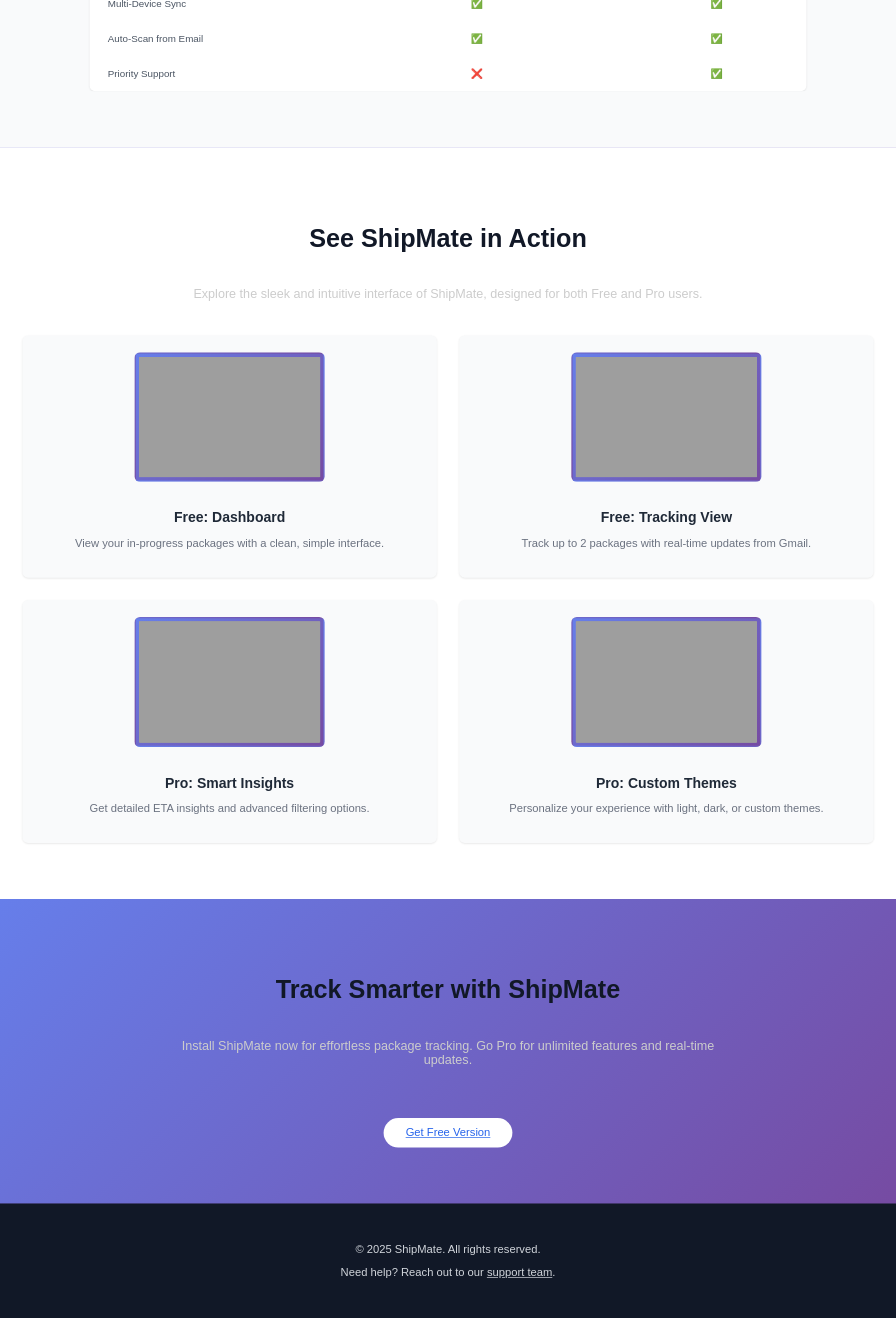
Repository: epeguero8311/shipmate-website
Page: index.html
The author's editor kept a copy of each file at every save. The page is drawn from the files as they stood at one save, then again after the next save.
The browser window is 1280 px wide. The pictures show the part of the page from y = 1495 to 3415 px (the page is 3379 px tall before and 3415 px after), at 70% of full size.
Pictures or frames that could not be fetched are drawn as grey boxes.

Above is the page before, as saved 2025-10-26 19:32:54.

After the next save:
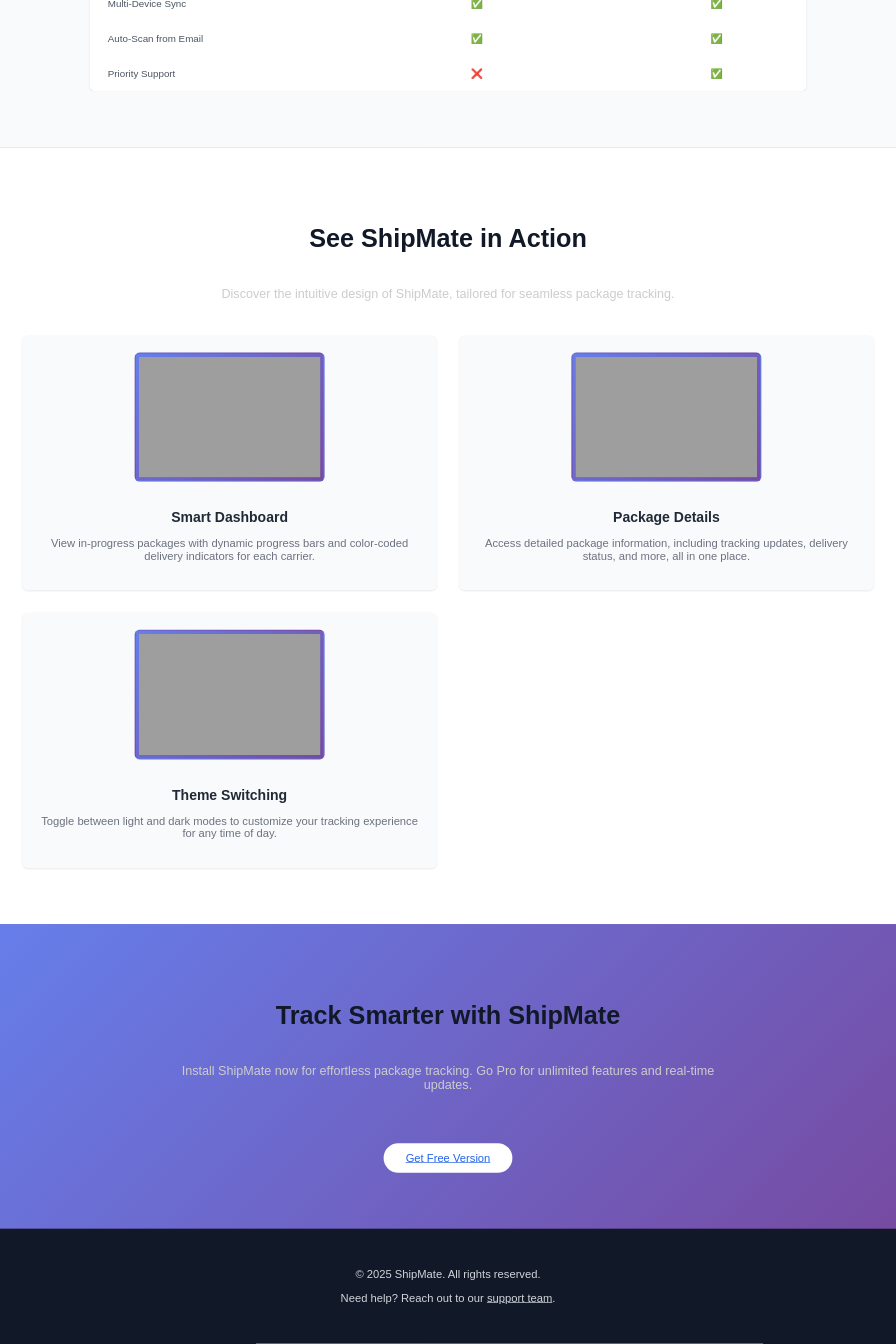
Saved 5 min 47 s later.
--- a/index.html
+++ b/index.html
@@ -11,7 +11,7 @@
     <div class="header-container">
       <div class="header-logo-title">
         <h1 class="header-title">ShipMate</h1>
-        <img src="assets/icon.png" alt="ShipMate Logo" class="header-logo">
+        <img src="icon.png" alt="ShipMate Logo" class="header-logo">
       </div>
       <p class="header-subtitle">Track your packages effortlessly, straight from your Gmail inbox.</p>
       <a href="https://chromewebstore.google.com/detail/[your-extension-id]" class="btn btn-primary">Get ShipMate Free</a>
@@ -104,27 +104,22 @@
   <section class="section">
     <div class="section-container">
       <h2 class="section-title">See ShipMate in Action</h2>
-      <p class="section-subtitle">Explore the sleek and intuitive interface of ShipMate, designed for both Free and Pro users.</p>
+      <p class="section-subtitle">Discover the intuitive design of ShipMate, tailored for seamless package tracking.</p>
       <div class="grid grid-screenshots">
         <div class="card fade-in" style="animation-delay: 0.2s;">
-          <img src="https://picsum.photos/300/200?random=1" alt="Free Version Dashboard" class="screenshot-img">
-          <h3 class="card-title">Free: Dashboard</h3>
-          <p class="card-text">View your in-progress packages with a clean, simple interface.</p>
+          <img src="https://picsum.photos/300/200?random=1" alt="Smart Dashboard" class="screenshot-img">
+          <h3 class="card-title">Smart Dashboard</h3>
+          <p class="card-text">View in-progress packages with dynamic progress bars and color-coded delivery indicators for each carrier.</p>
         </div>
         <div class="card fade-in" style="animation-delay: 0.4s;">
-          <img src="https://picsum.photos/300/200?random=2" alt="Free Version Tracking" class="screenshot-img">
-          <h3 class="card-title">Free: Tracking View</h3>
-          <p class="card-text">Track up to 2 packages with real-time updates from Gmail.</p>
+          <img src="https://picsum.photos/300/200?random=2" alt="Package Details" class="screenshot-img">
+          <h3 class="card-title">Package Details</h3>
+          <p class="card-text">Access detailed package information, including tracking updates, delivery status, and more, all in one place.</p>
         </div>
         <div class="card fade-in" style="animation-delay: 0.6s;">
-          <img src="https://picsum.photos/300/200?random=3" alt="Pro Version Insights" class="screenshot-img">
-          <h3 class="card-title">Pro: Smart Insights</h3>
-          <p class="card-text">Get detailed ETA insights and advanced filtering options.</p>
-        </div>
-        <div class="card fade-in" style="animation-delay: 0.8s;">
-          <img src="https://picsum.photos/300/200?random=4" alt="Pro Version Themes" class="screenshot-img">
-          <h3 class="card-title">Pro: Custom Themes</h3>
-          <p class="card-text">Personalize your experience with light, dark, or custom themes.</p>
+          <img src="https://picsum.photos/300/200?random=3" alt="Theme Changing" class="screenshot-img">
+          <h3 class="card-title">Theme Switching</h3>
+          <p class="card-text">Toggle between light and dark modes to customize your tracking experience for any time of day.</p>
         </div>
       </div>
     </div>
